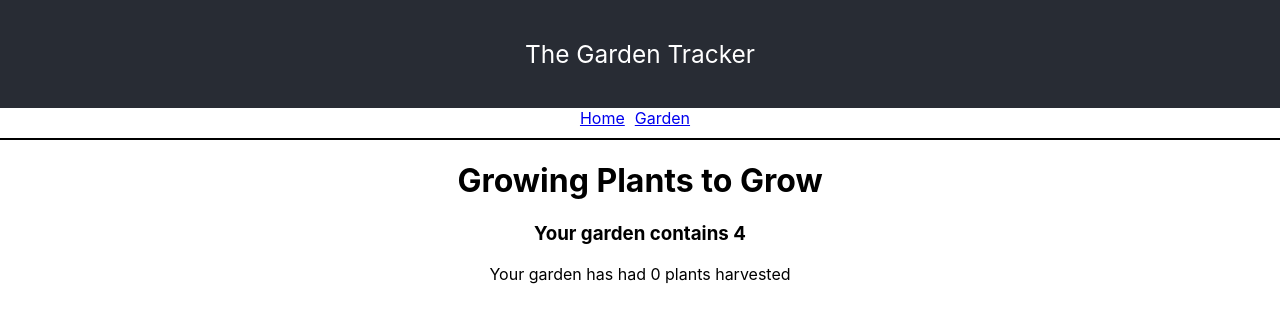
Repository: charliejp0311/gardentracker
Page: /
These files come from the project's save history. The page is drawn as it stood at one moment and after the next save; the edit follows.
The browser window is 1280 px wide. The pictures show the whole page.
The project was rebuilt for these pictures with package versions that can differ from the ones it lists, and the page was loaded fresh each time. Also part of the build but not shown: src/components/CreatePlant.js, src/components/Plant.js, src/components/plantList.js, src/components/Harvest.js, src/components/Garden.js.

Above is the page before, as saved 2020-10-30 09:04:18.

After the next save:
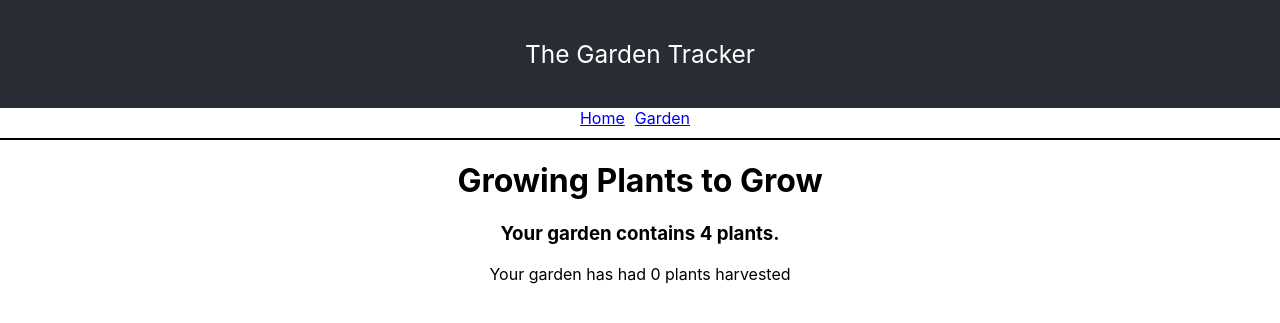
Saved 28 s later.
--- a/src/components/GardenHome.js
+++ b/src/components/GardenHome.js
@@ -9,7 +9,7 @@ class CreateGarden extends Component{
         return(
             <div>
                 <h1>Growing Plants to Grow</h1>
-                <h3>Your garden contains {this.props.garden.plants.length}</h3>
+                <h3>Your garden contains {this.props.garden.plants.length} plants.</h3>
                 <p>Your garden has had {this.props.garden.harvest.length} plants harvested</p>
                 {/* <Garden /> */}
             </div>
